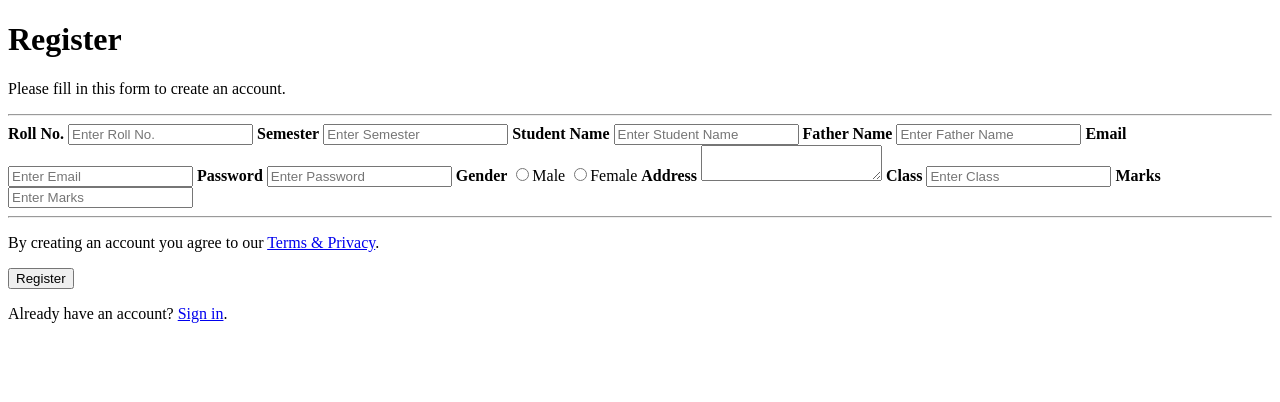
Repository: laxmichauhan/Student-Data-Insertion
Page: Application1/WebContent/register.html
The author's editor kept a copy of each file at every save. The page is drawn from the files as they stood at one save, then again after the next save.
The browser window is 1280 px wide. The pictures show the whole page.

Above is the page before, as saved 2019-02-19 07:20:09.

After the next save:
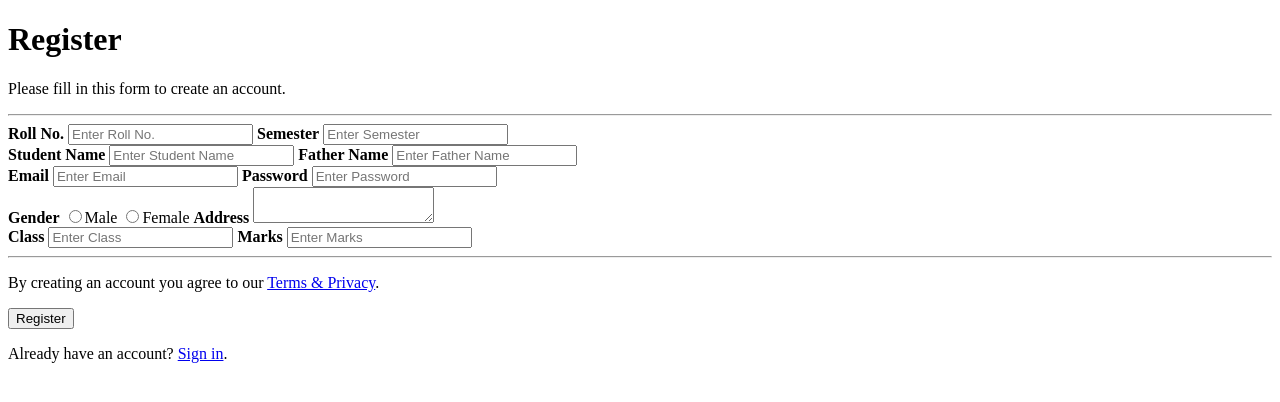
Saved 2 min 11 s later.
--- a/Application1/WebContent/register.html
+++ b/Application1/WebContent/register.html
@@ -14,32 +14,32 @@
     <input type="text" placeholder="Enter Roll No." name="rollno" required>
 
      <label for="Semester"><b>Semester</b></label>
-    <input type="text" placeholder="Enter Semester" name="sem" required>
+    <input type="text" placeholder="Enter Semester" name="sem" required><br>
 
     <label for="Student Name"><b>Student Name</b></label>
     <input type="text" placeholder="Enter Student Name" name="name" required>
 
 	<label for="Father Name"><b>Father Name</b></label>
-    <input type="text" placeholder="Enter Father Name" name="fname" required>
+    <input type="text" placeholder="Enter Father Name" name="fname" required><br>
 
     <label for="email"><b>Email</b></label>
     <input type="text" placeholder="Enter Email" name="email" required>
 
     <label for="psw"><b>Password</b></label>
-    <input type="password" placeholder="Enter Password" name="psw" required>
+    <input type="password" placeholder="Enter Password" name="psw" required><br>
 
     <label for="Gender"><b>Gender</b></label>
     <input type="radio" name="gender" value="Male"/>Male
      <input type="radio" name="gender" value="Female"/>Female
 
     <label for="Address"><b>Address</b></label>
-    <textarea name="address"></textarea>
+    <textarea name="address"></textarea><br>
 
     <label for="Class"><b>Class</b></label>
     <input type="text" placeholder="Enter Class" name="class" required>
 
      <label for="Marks"><b>Marks</b></label>
-    <input type="text" placeholder="Enter Marks" name="Marks" required>
+    <input type="text" placeholder="Enter Marks" name="Marks" required><br>
     <hr>
 
     <p>By creating an account you agree to our <a href="#">Terms & Privacy</a>.</p>
